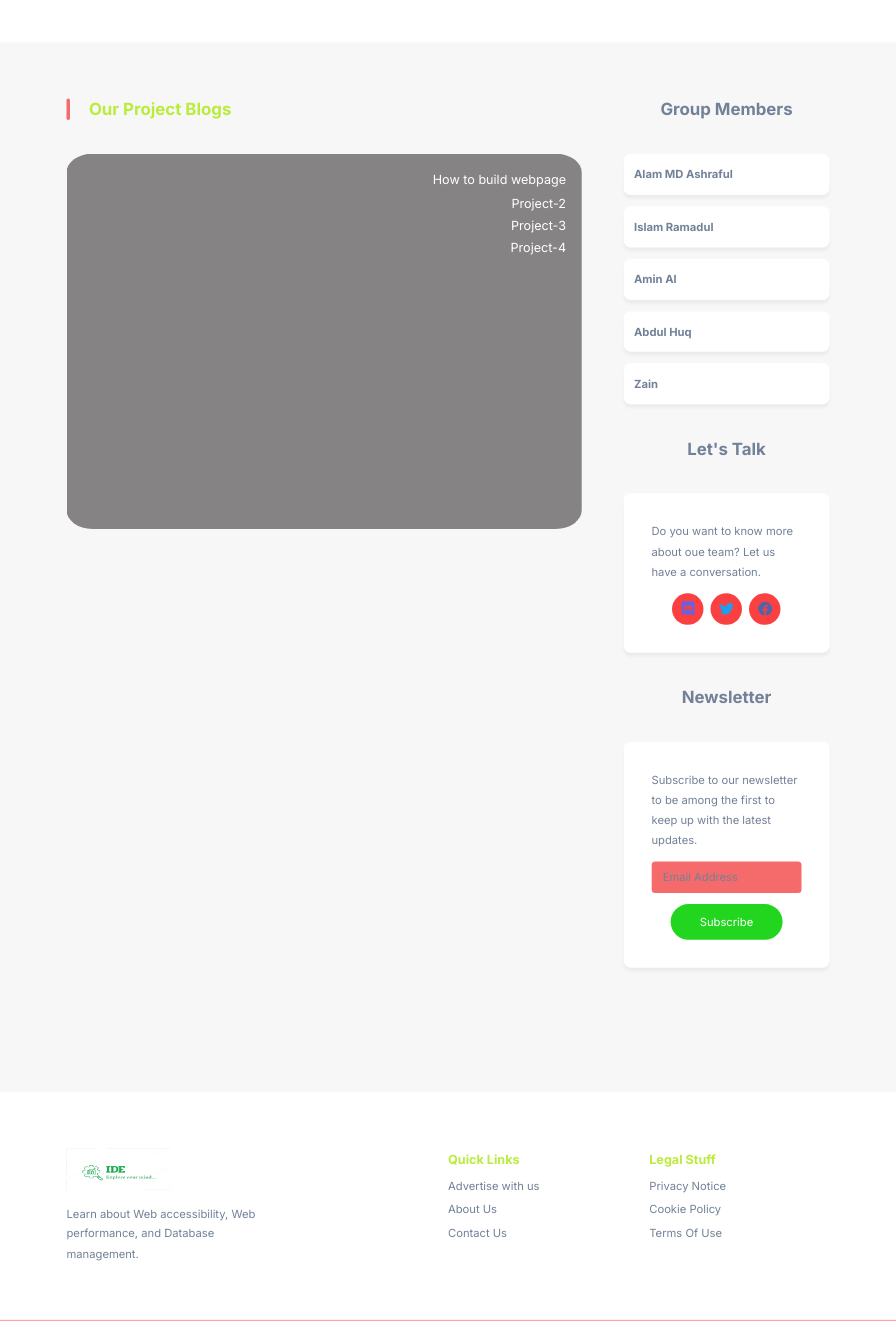
Repository: ramizraaz/zjuTeam
Page: main.html
These files come from the project's save history. The page is drawn as it stood at one moment and after the next save; the edit follows.
The browser window is 1280 px wide. The pictures show the part of the page from y = 492 to 2392 px (the page is 2435 px tall), at 70% of full size.
A picture or video elsewhere on the page could not be fetched, so the positions and the page height are approximate.

Above is the page before, as saved 2023-10-22 22:14:39.

After the next save:
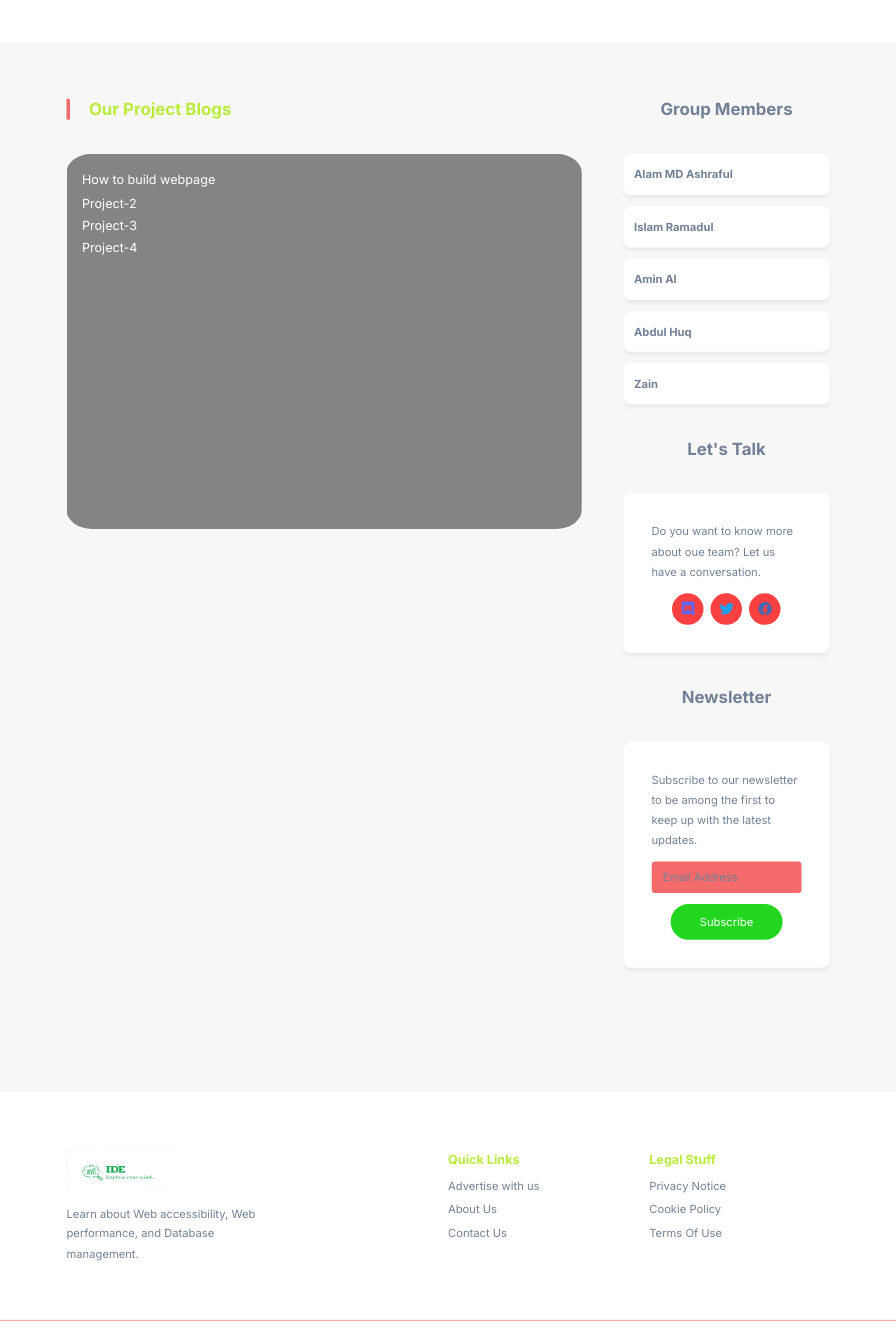
Saved 5 s later.
--- a/main.css
+++ b/main.css
@@ -382,10 +382,6 @@ header .btn-group {
     transition: 0.3s;
 }
 
-.sidebar li {
-    text-align: right;
-}
-
 .sidebar a {
     text-decoration: none;
     color: #fff;
